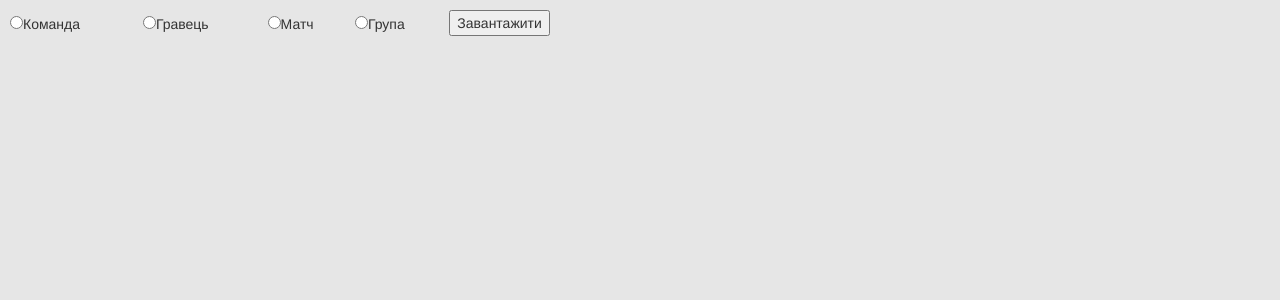
Repository: polik1996/StatisticManager
Page: StatisticsManager/WebContent/menuMain.html
An editor plug-in stored every save of this project. The page is shown before and after the next save, followed by the edit.
The browser window is 1280 px wide. The pictures show the whole page.

Above is the page before, as saved 2016-06-14 08:08:42.
Console error (its wording comes from the project's code and is left out).

After the next save:
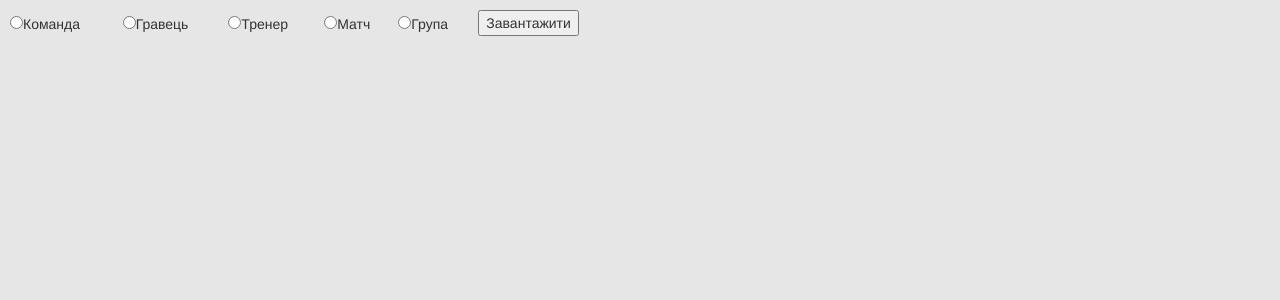
Saved 3 min 54 s later.
--- a/StatisticsManager/WebContent/menuMain.html
+++ b/StatisticsManager/WebContent/menuMain.html
@@ -19,10 +19,11 @@
 			method="POST">
 <table style ="width:50%">
 <tr>
-<td><input type="radio" class="active"  name="tableName" value="Команда">Команда</td>
-<td><input type="radio" class="active"  name="tableName" value="Гравець">Гравець</td>
-<td><input type="radio" class="active"  name="tableName" value="Матч">Матч</td>
-<td><input type="radio" class="active"  name="tableName" value="Група">Група</td>
+<td><input type="radio" class="active"  name="tableName" value="Team">Команда</td>
+<td><input type="radio" class="active"  name="tableName" value="Player">Гравець</td>
+<td><input type="radio" class="active"  name="tableName" value="Coach">Тренер</td>
+<td><input type="radio" class="active"  name="tableName" value="Game">Матч</td>
+<td><input type="radio" class="active"  name="tableName" value="Group">Група</td>
 <td><input input  type="submit" style="overflow:hidden"  style ="color:white;"
 						value="Завантажити"></td>
 </tr>
